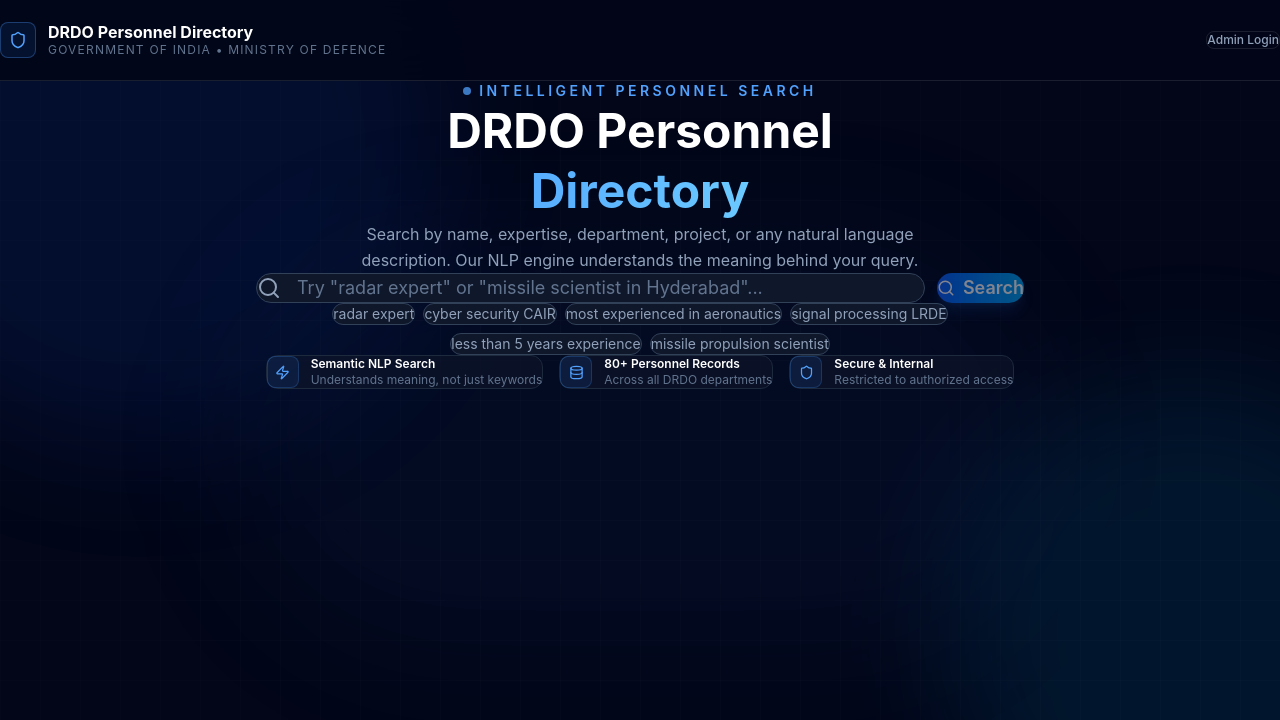
Repository: Mandeepigdtuw/DRDO-Directory
Page: / (app in frontend/)
An editor plug-in stored every save of this project. The page is shown before and after a run of saves, followed by the edit.
The browser window is 1280 px wide. The pictures show the whole page.
The project was rebuilt for these pictures with package versions that can differ from the ones it lists, and the page was loaded fresh each time. Also part of the build but not shown: frontend/vite.config.js, frontend/src/components/PersonnelCard.jsx, frontend/src/components/ProfileModal.jsx, frontend/src/pages/AdminLogin.jsx, frontend/src/pages/AdminDashboard.jsx, frontend/src/pages/ManagePersonnel.jsx, frontend/src/pages/AddPersonnel.jsx, frontend/src/pages/EditPersonnel.jsx and 2 more.

Above is the page before, as saved 2026-07-23 14:58:47.

After the next 3 saves:
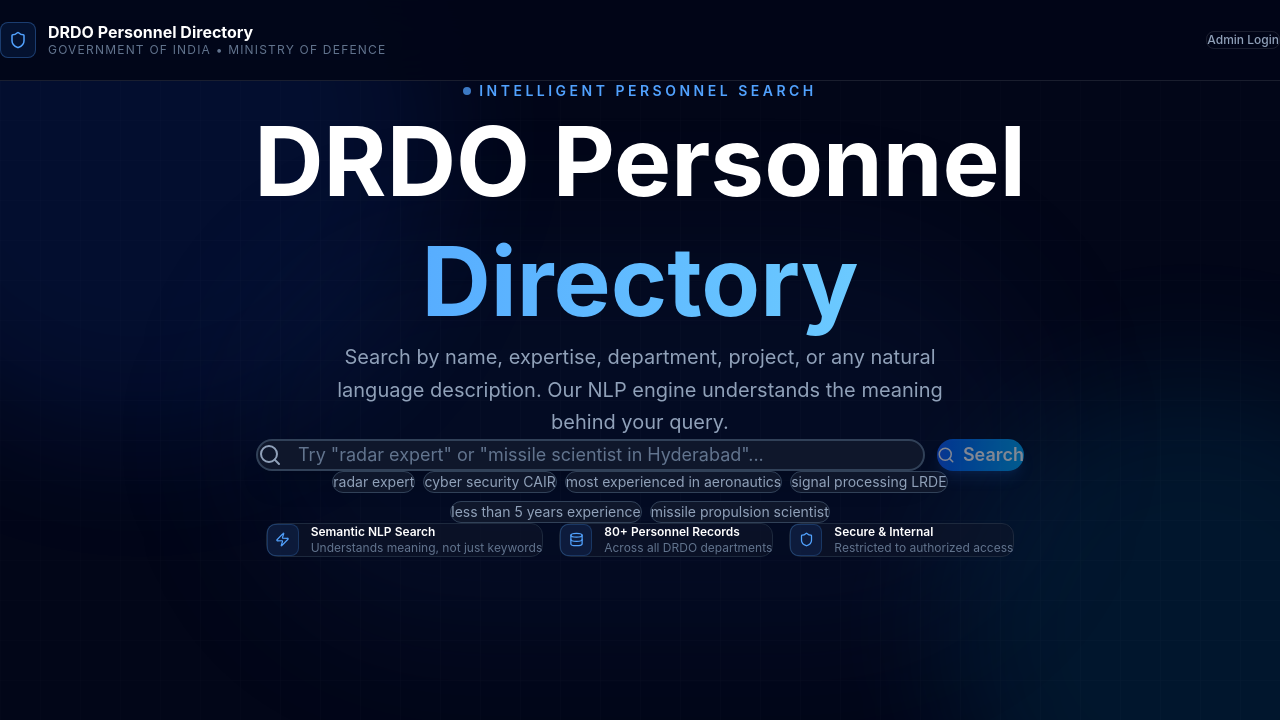
The 3 saves are shown as one change because 2 did not build or start.
The last was saved 26 min 44 s later.
--- a/frontend/src/pages/SearchPage.jsx
+++ b/frontend/src/pages/SearchPage.jsx
@@ -76,7 +76,8 @@
         let all = [...response.data.results]
         const num = extractNumber(query)
         if (num !== null) all = all.filter(p => p.years_of_experience < num)
-        data = all.sort((a, b) => a.years_of_experience - b.years_of_experience)
+        data = all
+          .sort((a, b) => a.years_of_experience - b.years_of_experience)
           .map((p, i) => ({ ...p, relevance_score: Math.max(0.99 - i * 0.01, 0.1) }))
 
       } else if (isExperienceQuery(query) && hasDomainContext(query)) {
@@ -142,10 +143,11 @@
         />
       </div>
 
+      {/* ── MAIN WRAPPER ─────────────────────────────── */}
       <div className="relative z-10 flex flex-col min-h-screen">
         <Navbar isAdmin={false} />
 
-        {/* Hero Section */}
+        {/* ── HERO ─────────────────────────────────── */}
         <div className="flex flex-col items-center justify-center px-6 pt-24 pb-16">
 
           {/* Badge */}
@@ -157,7 +159,7 @@
           </div>
 
           {/* Title */}
-          <h1 className="text-5xl sm:text-4l lg:text-2l font-bold text-white text-center leading-tight mb-5">
+          <h1 className="text-6xl sm:text-7xl lg:text-8xl font-bold text-white text-center leading-tight mb-6">
             DRDO Personnel
             <span className="block text-transparent bg-clip-text bg-gradient-to-r from-blue-400 to-sky-300">
               Directory
@@ -165,14 +167,14 @@
           </h1>
 
           {/* Subtitle */}
-          <p className="text-slate-400 text-center text-base sm:text-md max-w-xl leading-relaxed mb-10">
+          <p className="text-slate-400 text-center text-lg sm:text-xl max-w-2xl leading-relaxed mb-12">
             Search by name, expertise, department, project, or any natural language description.
             Our NLP engine understands the meaning behind your query.
           </p>
 
           {/* Search Bar */}
           <div className="w-full max-w-3xl flex gap-3 mb-6">
-            <div className="flex-1 flex items-center bg-slate-900 border border-slate-700 hover:border-slate-500 focus-within:border-blue-500 focus-within:ring-4 focus-within:ring-blue-500/10 rounded-2xl px-5 gap-4 transition-xl">
+            <div className="flex-1 flex items-center bg-slate-900 border-2 border-slate-700 hover:border-slate-500 focus-within:border-blue-500 focus-within:ring-4 focus-within:ring-blue-500/10 rounded-2xl px-6 gap-4 transition-all shadow-xl">
               <Search className="text-slate-400 shrink-0" size={24} />
               <input
                 type="text"
@@ -196,9 +198,7 @@
               disabled={loading || !query.trim()}
               className="flex items-center gap-2 bg-gradient-to-r from-blue-600 to-sky-500 hover:opacity-90 disabled:opacity-50 disabled:cursor-not-allowed text-white px-10 rounded-2xl font-semibold text-lg shadow-lg shadow-blue-500/20 transition whitespace-nowrap"
             >
-              {loading
-                ? <Loader2 size={20} className="animate-spin" />
-                : <Search size={18} />}
+              {loading ? <Loader2 size={20} className="animate-spin" /> : <Search size={18} />}
               {loading ? 'Searching...' : 'Search'}
             </button>
           </div>
@@ -216,7 +216,7 @@
             ))}
           </div>
 
-          {/* Feature badges — shown only when no search done */}
+          {/* Feature badges */}
           {!searched && (
             <div className="flex flex-wrap gap-4 justify-center">
               {features.map((f) => (
@@ -232,57 +232,65 @@
               ))}
             </div>
           )}
+
         </div>
-
-        {/* Results Section */}
-        <div className="flex-1 w-full px-6 sm:px-10 lg:px-16 pb-16">
-
-          {error && (
-            <div className="text-red-400 bg-red-400/10 border border-red-400/20 rounded-xl p-4 text-center mb-6 text-sm max-w-3xl mx-auto">
-              {error}
-            </div>
-          )}
-
-          {searched && (
-            <div className="flex items-center justify-between mb-6 max-w-7xl mx-auto">
-              <p className="text-slate-400 text-sm">
+        {/* ── END HERO ─────────────────────────────── */}
+
+        {/* ── RESULTS ──────────────────────────────── */}
+        <div className="flex-1 w-full flex flex-col items-center px-6 pb-16">
+          <div className="w-full max-w-7xl">
+
+            {error && (
+              <div className="text-red-400 bg-red-400/10 border border-red-400/20 rounded-xl p-4 text-center mb-6 text-sm">
+                {error}
+              </div>
+            )}
+
+            {searched && (
+              <p className="text-slate-400 text-sm text-center mb-6">
                 {results.length > 0
                   ? <span><span className="text-white font-semibold">{results.length}</span> results for <span className="text-blue-400">"{query}"</span> — ranked by relevance</span>
                   : <span>No results found for <span className="text-blue-400">"{query}"</span></span>
                 }
               </p>
-            </div>
-          )}
-
-          {results.length > 0 && (
-            <div className="grid grid-cols-1 md:grid-cols-2 xl:grid-cols-3 gap-4 max-w-7xl mx-auto">
-              {results.map((person, index) => (
-                <PersonnelCard
-                  key={person.employee_id}
-                  person={person}
-                  rank={index + 1}
-                  onClick={() => setSelectedPerson(person)}
-                />
-              ))}
-            </div>
-          )}
-
-          {searched && results.length === 0 && (
-            <div className="text-center py-20 text-slate-500">
-              <Search size={52} className="mx-auto mb-5 opacity-20" />
-              <p className="text-xl font-medium text-slate-400 mb-2">No personnel found</p>
-              <p className="text-sm">Try different keywords or a broader description</p>
-            </div>
-          )}
+            )}
+
+            {results.length > 0 && (
+              <div className="grid grid-cols-1 md:grid-cols-2 xl:grid-cols-3 gap-4">
+                {results.map((person, index) => (
+                  <PersonnelCard
+                    key={person.employee_id}
+                    person={person}
+                    rank={index + 1}
+                    onClick={() => setSelectedPerson(person)}
+                  />
+                ))}
+              </div>
+            )}
+
+            {searched && results.length === 0 && (
+              <div className="text-center py-20 text-slate-500">
+                <Search size={52} className="mx-auto mb-5 opacity-20" />
+                <p className="text-xl font-medium text-slate-400 mb-2">No personnel found</p>
+                <p className="text-sm">Try different keywords or a broader description</p>
+              </div>
+            )}
+
+          </div>
         </div>
+        {/* ── END RESULTS ──────────────────────────── */}
+
       </div>
-
+      {/* ── END MAIN WRAPPER ─────────────────────── */}
+
+      {/* Modal — outside all wrappers */}
       {selectedPerson && (
         <ProfileModal
           person={selectedPerson}
           onClose={() => setSelectedPerson(null)}
         />
       )}
+
     </div>
   )
 }
